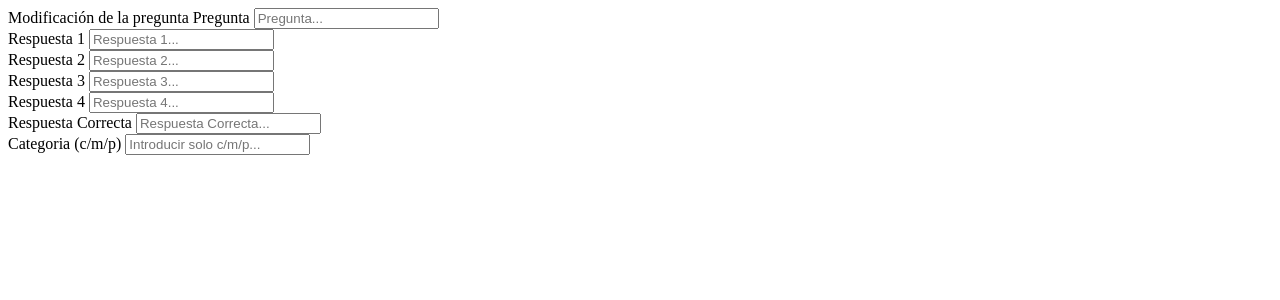
Repository: nachmz42/ProyectoJoker
Page: Joker/src/main/webapp/formAddPreg.html
An editor plug-in stored every save of this project. The page is shown before and after the next save, followed by the edit.
The browser window is 1280 px wide. The pictures show the whole page.

Above is the page before, as saved 2021-07-01 16:59:47.

After the next save:
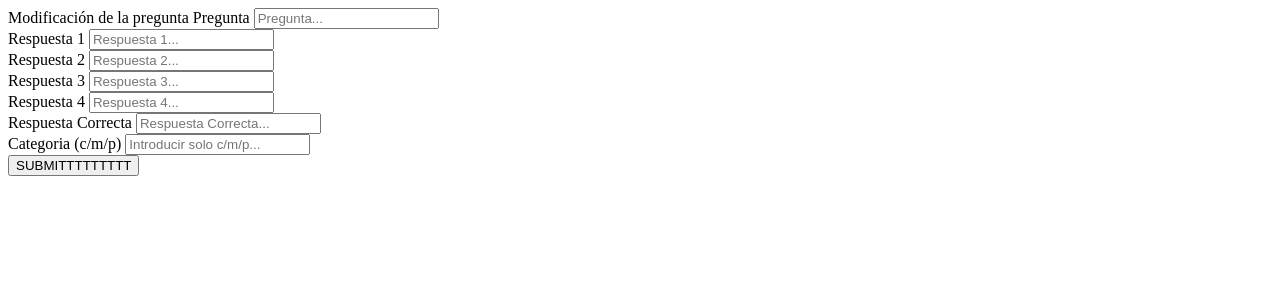
Saved 2 min 35 s later.
--- a/Joker/src/main/webapp/formAddPreg.html
+++ b/Joker/src/main/webapp/formAddPreg.html
@@ -20,6 +20,7 @@
 		<input type="text" name="rsc" placeholder="Respuesta Correcta..."><br>
 		<label>Categoria (c/m/p)</label>
 		<input type="text" name="cat" placeholder="Introducir solo c/m/p..."><br>
+		<input type="submit" value="SUBMITTTTTTTTT">
 		<input type="hidden" op = "a">
 		<input type="hidden" id = "42">
 	</form>
